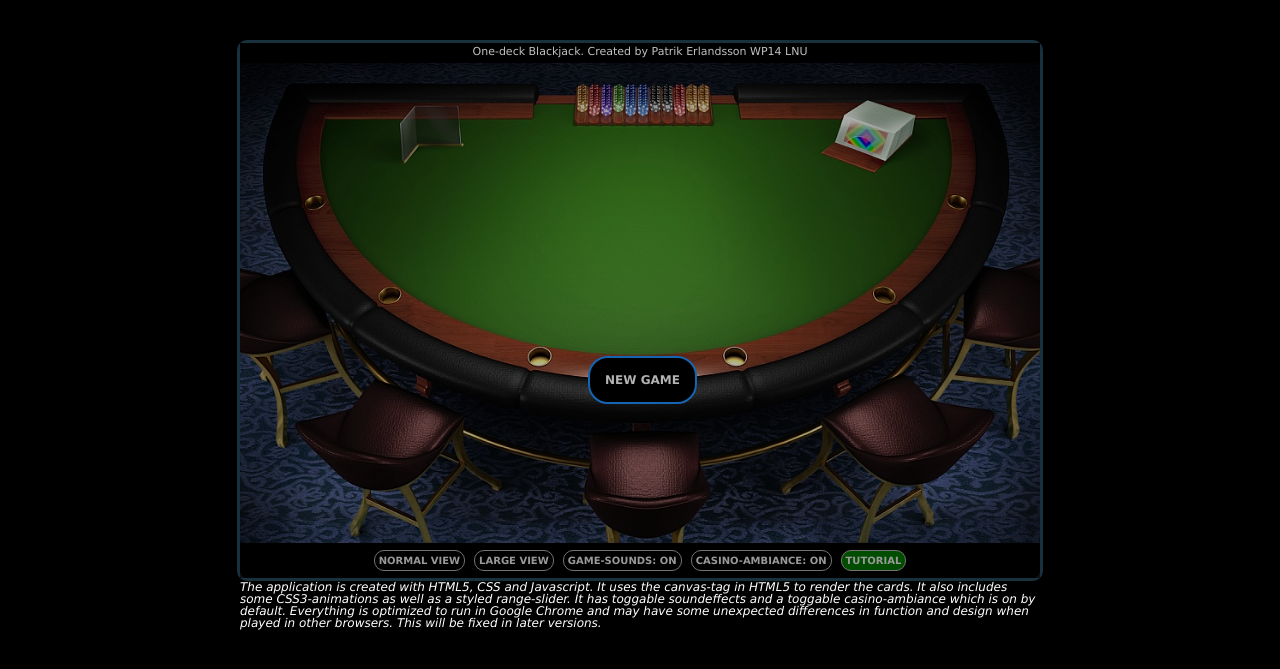
Repository: pat-erl/pe22dw.github.io
Page: index.html
The author's editor kept a record of every edit. The page is drawn from the files as they stood at one moment, then again after the next edit.
The browser window is 1280 px wide. The pictures show the whole page.

Above is the page before.

After the next edit:
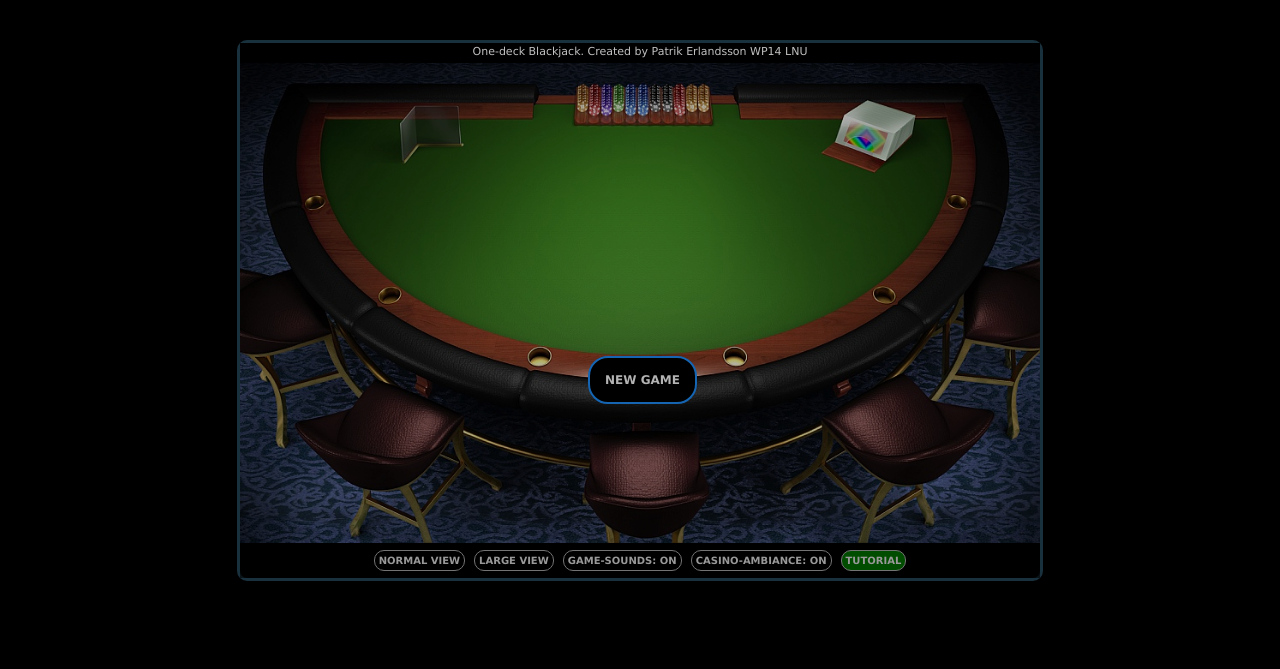
The edit:
--- a/index.html
+++ b/index.html
@@ -67,12 +67,6 @@
                 <button id="ambiancebutton" type="button"></button>
                 <button id="tutorialbutton" type="button">TUTORIAL</button>
             </div>
-        </div>
-        <div id="applicationinfo">
-            <p id="applicationinfotext">The application is created with HTML5, CSS and Javascript. It uses the canvas-tag in HTML5 to render the cards.
-            It also includes some CSS3-animations as well as a styled range-slider. It has toggable soundeffects and a toggable casino-ambiance which is on by default.
-            Everything is optimized to run in Google Chrome and may have some unexpected differences in function and design when played in other browsers.
-            This will be fixed in later versions.</p>
         </div>
         <div id="preloader">
                 <img src="pics/cards/c1.png" width="64" height="86" />
